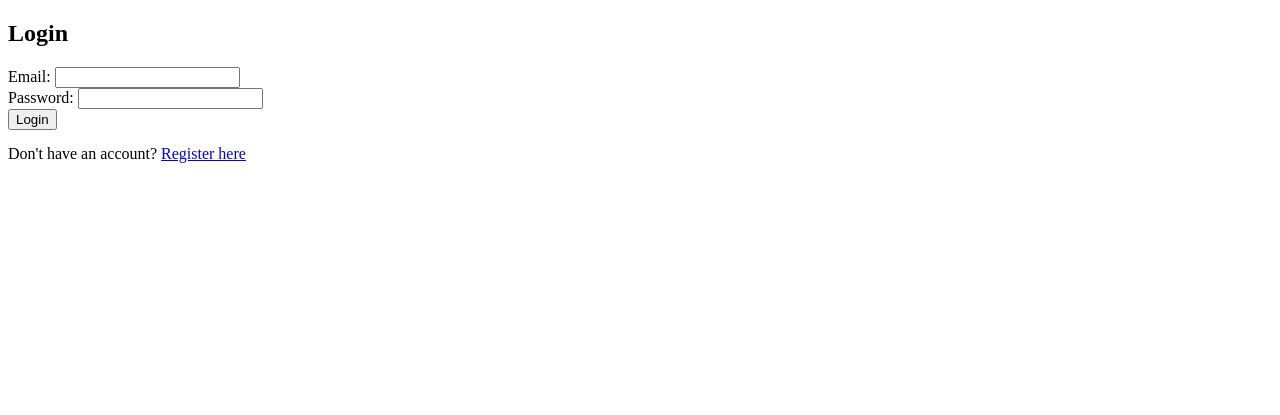
Repository: NarendarPaindla/JSPANDSERVLETS
Page: http://localhost/EmployeeLeavemangement/login.jsp
These files come from the project's save history. The page is drawn as it stood at one moment and after the next save; the edit follows.
The browser window is 1280 px wide. The pictures show the whole page.
The page is served by Tomcat 9.

Above is the page before, as saved 2025-02-03 06:46:10.

After the next save:
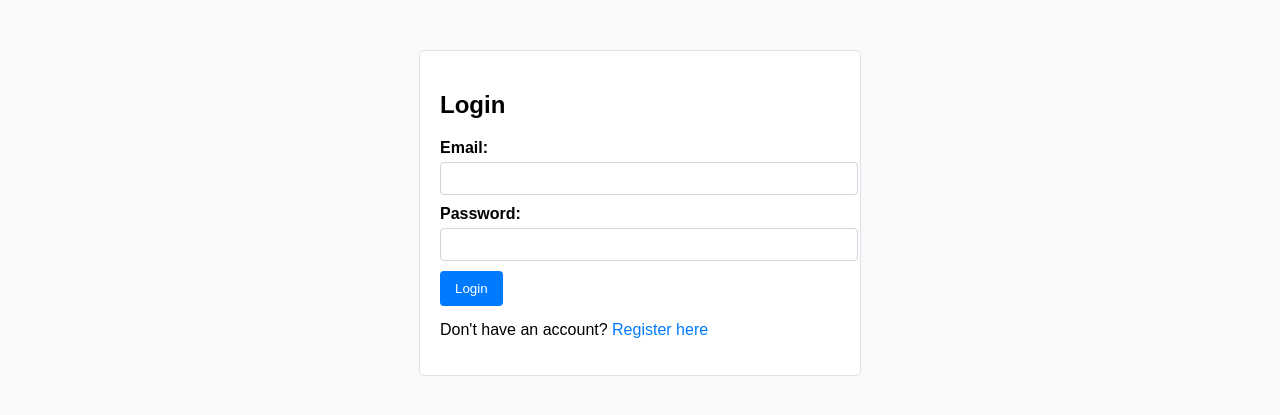
Saved 61 s later.
--- a/EmployeeLeavemangement/src/main/webapp/login.jsp
+++ b/EmployeeLeavemangement/src/main/webapp/login.jsp
@@ -4,7 +4,62 @@
 <html>
 <head>
 <meta charset="UTF-8">
-<title>Insert title here</title>
+<title>Login | Page</title>
+<style>
+body {
+        font-family: Arial, sans-serif;
+        background-color: #f8f9fa;
+      }
+      .container {
+        max-width: 400px;
+        margin: 50px auto;
+        background: #fff;
+        padding: 20px;
+        border: 1px solid #dee2e6;
+        border-radius: 5px;
+      }
+      h2 {
+        margin-bottom: 20px;
+      }
+      .form-label {
+        display: block;
+        margin-bottom: 5px;
+        font-weight: bold;
+      }
+      .form-control {
+        width: 100%;
+        padding: 8px;
+        margin-bottom: 10px;
+        border: 1px solid #ced4da;
+        border-radius: 4px;
+      }
+      .btn {
+        padding: 10px 15px;
+        border: none;
+        border-radius: 4px;
+        background-color: #007bff;
+        color: white;
+        cursor: pointer;
+      }
+      .btn:hover {
+        background-color: #0056b3;
+      }
+      .alert {
+        padding: 10px;
+        background-color: #d1ecf1;
+        border: 1px solid #bee5eb;
+        border-radius: 4px;
+        margin-bottom: 10px;
+        color: #0c5460;
+      }
+      a {
+        color: #007bff;
+        text-decoration: none;
+      }
+      a:hover {
+        text-decoration: underline;
+      }
+</style>
 </head>
 <body>
 <div class="container">
